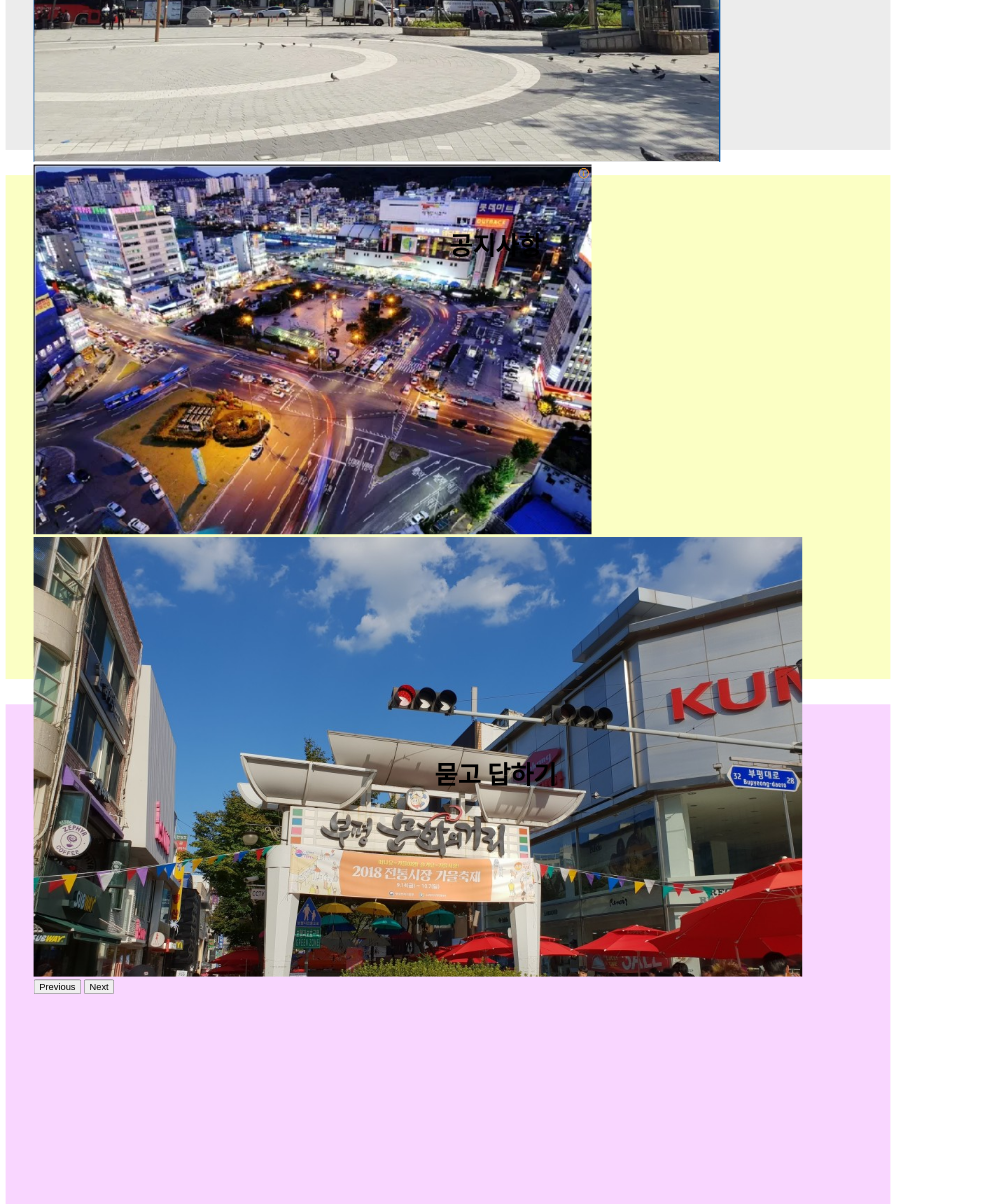
Repository: dlsqja432/Jeju-project
Page: http://localhost/jejudo/
These files come from the project's save history. The page is drawn as it stood at one moment and after the next save; the edit follows.
The browser window is 1280 px wide. The page is 1408 px wide, then 1280 px, so the pictures cover 1408 px, including what lies to the right of the window. The pictures show the part of the page from y = 1303 to 3023 px (the page is 3793 px tall before and 2831 px after), at 70% of full size.
The page is served by Tomcat 9.

Above is the page before, as saved 2024-04-16 00:10:25.

After the next save:
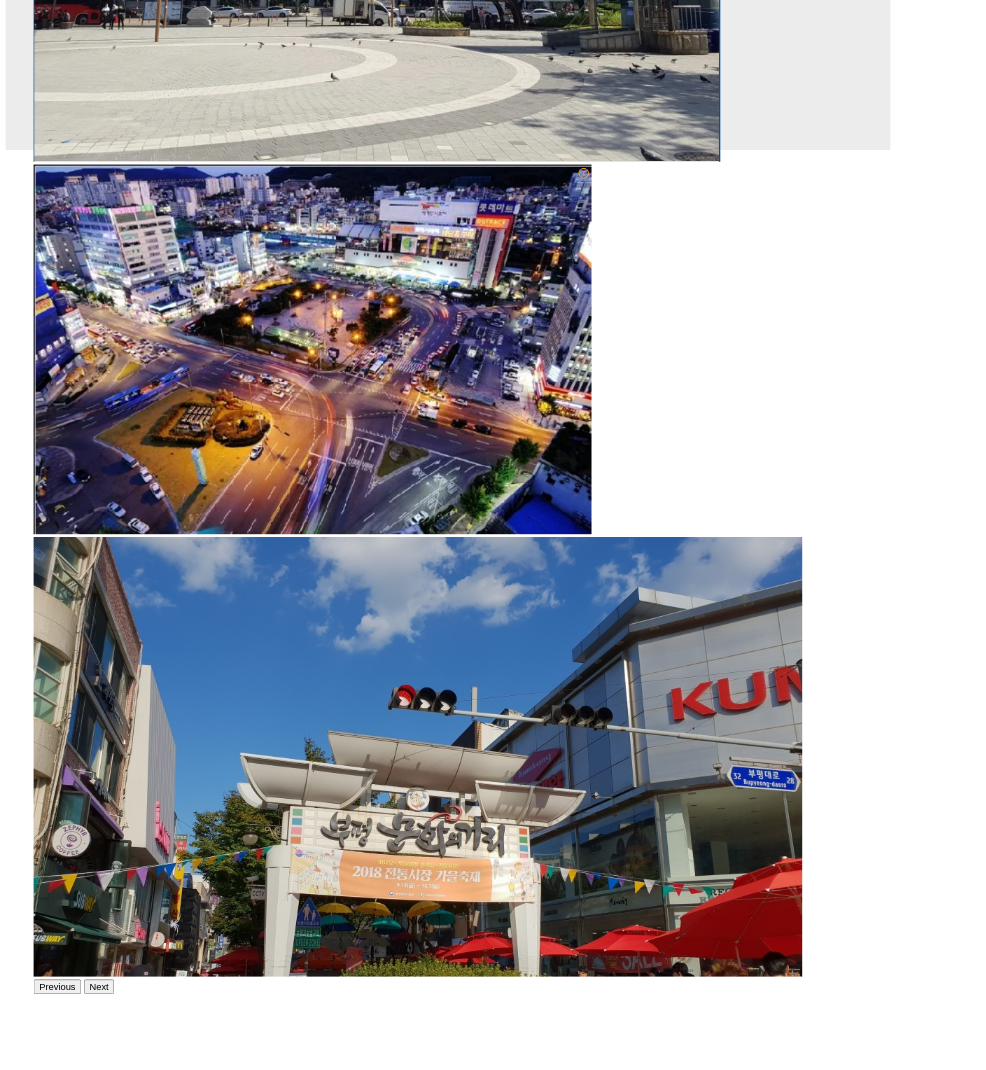
Saved 98 s later.
--- a/jejudo/WebContent/WEB-INF/index.jsp
+++ b/jejudo/WebContent/WEB-INF/index.jsp
@@ -50,21 +50,8 @@
 		</figure>
 		<h3 class="page_title"></h3>
 	</section>
-	<section class="page" id="page2">
-		<div style="width:1400px; margin:0 auto;">
-			<h3 class="page_title">공지사항</h3>
-		</div>
-	</section>
-	<section class="page" id="page3">
-		<div style="width:1400px; margin:0 auto;">
-			<h3 class="page_title">묻고 답하기</h3>
-		</div>
-	</section>
-	<section class="page" id="page4">
-		<div style="width:1400px; margin:0 auto;">
-			<h3 class="page_title">Hot Place</h3>
-		</div>
-	</section>
+	<div class="">
+	</div>
 </div>
 <div id="footer">
 	<%@ include file="/footer.jsp" %>
